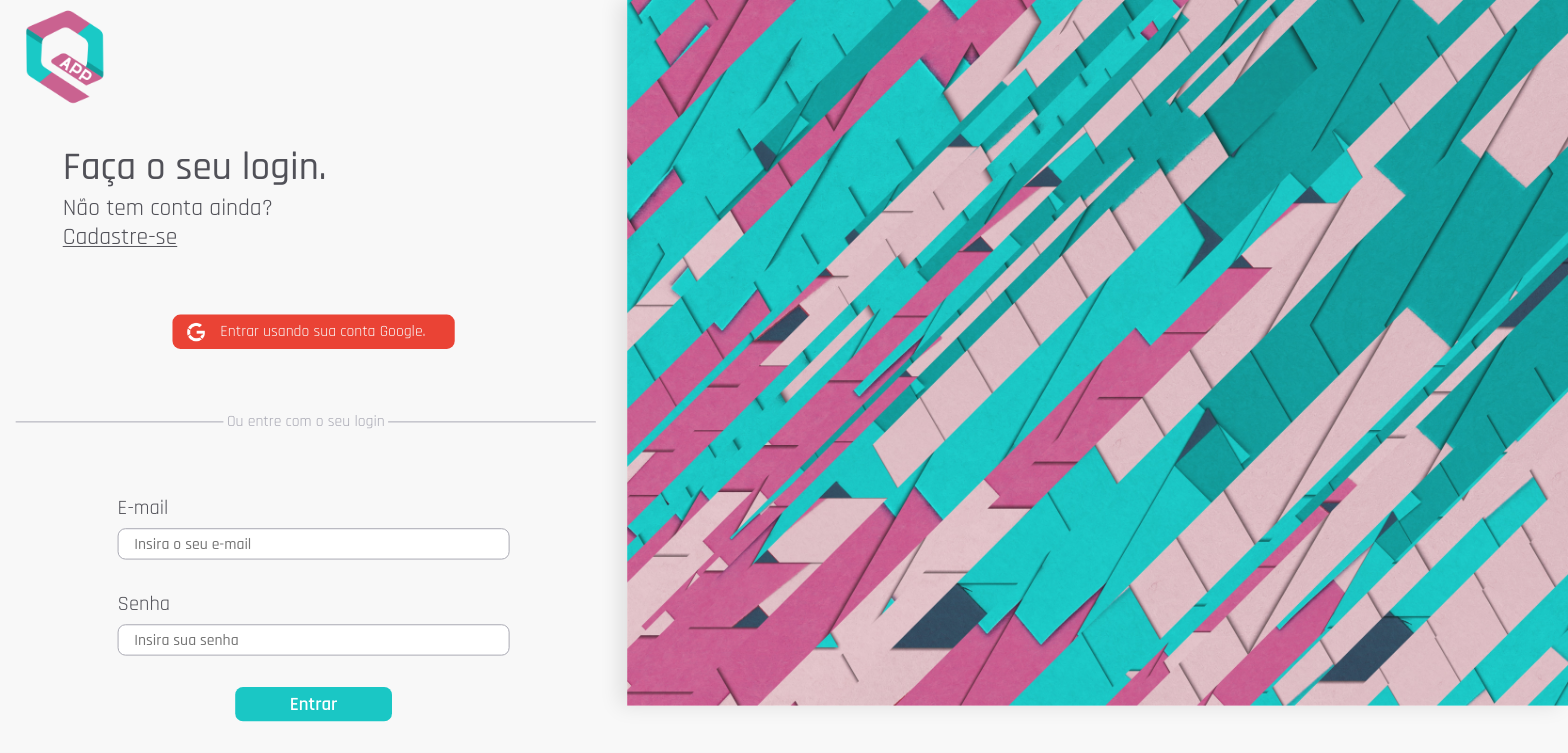
Repository: kika-cavalher/qapp-web
Page: /
An editor plug-in stored every save of this project. The page is shown before and after the next save, followed by the edit.
The browser window is 1280 px wide. The page is 1600 px wide, so the pictures cover 1600 px, including what lies to the right of the window. The pictures show the whole page, at 98% of full size.
The page's requests for data from a server got no answer. The project was rebuilt for these pictures with package versions that can differ from the ones it lists, and the page was loaded fresh each time. No one was signed in, and anything a server would have sent is missing. Also part of the build but not shown: src/pages/Register.tsx.

Above is the page before, as saved 2022-02-28 16:49:36.

After the next save:
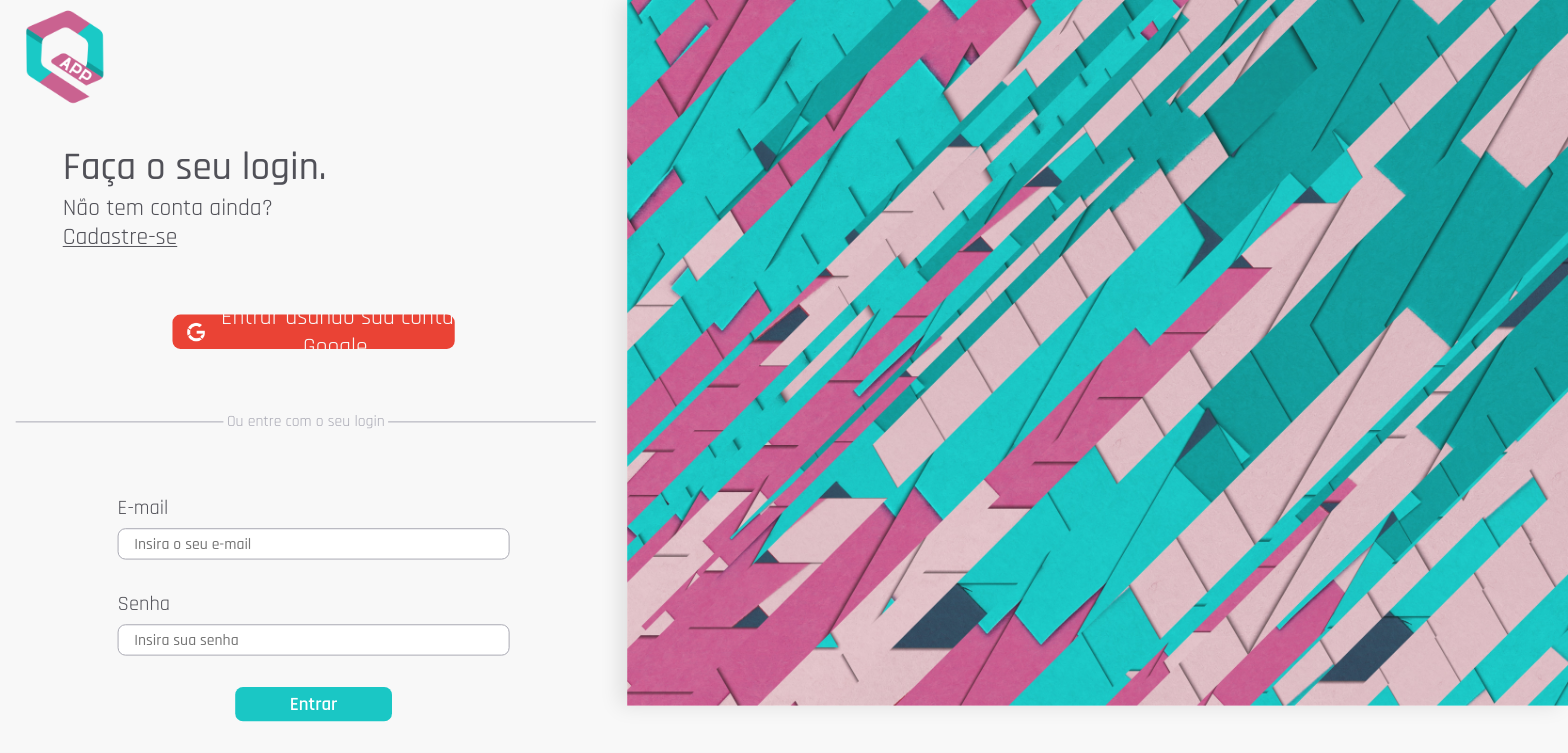
Saved 6 min 20 s later.
--- a/src/styles/pages/login.scss
+++ b/src/styles/pages/login.scss
@@ -130,9 +130,43 @@ main{
     align-self: center;
     display: flex;
     margin: 2rem 0;
-    width: 18rem;
-}
-
+
+    @include monitor {
+        width: 18rem;
+    }
+
+    @include notebook {
+        width: 18rem;
+    }
+
+    @include tablet {
+        width: 18rem;
+    }
+
+    @include phone {
+        width: 18rem;
+    }
+
+    @include slim {
+        width: 18rem;
+    }
+
+}
+
+@include monitor {
+}
+
+@include notebook {
+}
+
+@include tablet {
+}
+
+@include phone {
+}
+
+@include slim {
+}
 .page-login--main__divider {
     color: $grey_border;
     font-size: 1rem;
--- a/src/styles/global/button.scss
+++ b/src/styles/global/button.scss
@@ -28,9 +28,33 @@
     cursor: pointer;
     display: flex;
     flex-direction: row;
-    height: 35px;
     transition: filter 0.2s;
     width: 100%;
+
+    @include monitor {
+        font-size: 2rem;
+        height: 35px;
+    }
+
+    @include notebook {
+        font-size: 1.5rem;
+        height: 35px;
+    }
+
+    @include tablet {
+        font-size: 1.3rem;
+        height: 35px;
+    }
+
+    @include phone {
+        font-size: 1.1rem;
+        height: 35px;
+    }
+
+    @include slim {
+        font-size: 1.3rem;
+        height: 35px;
+    }
 
     #img-icon__google {
         margin: 0 5%;
